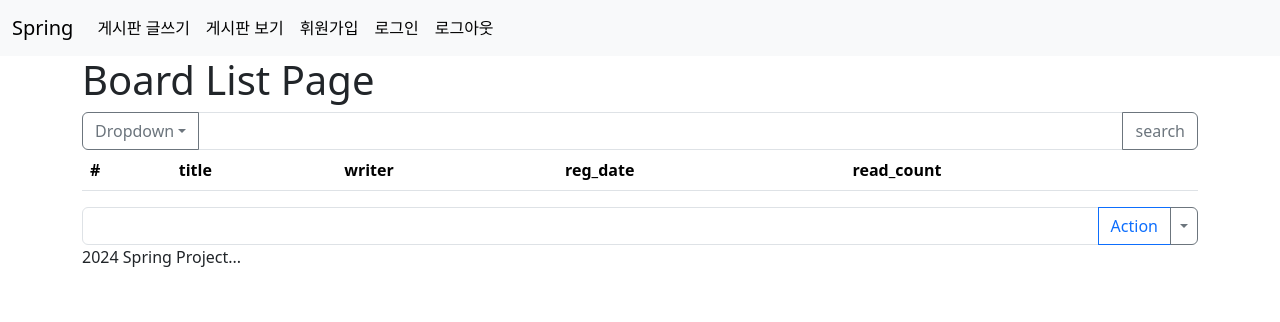
Repository: dlfhrrl12/springtest
Page: http://localhost/spring_study/WEB-INF/views/board/list.jsp
An editor plug-in stored every save of this project. The page is shown before and after the next save, followed by the edit.
The browser window is 1280 px wide. The pictures show the whole page.
The page is served by Tomcat 9. Nobody is signed in. The template is opened directly, without the code that normally fills it, so the values that code supplies are empty.

Above is the page before, as saved 2024-04-25 01:11:33.

After the next save:
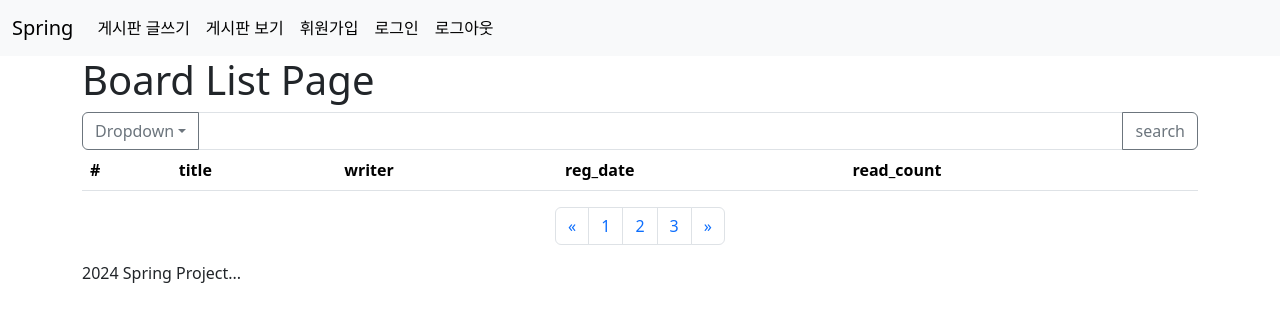
Saved 2 min 27 s later.
--- a/spring_study/src/main/webapp/WEB-INF/views/board/list.jsp
+++ b/spring_study/src/main/webapp/WEB-INF/views/board/list.jsp
@@ -44,20 +44,23 @@
 			</c:forEach>
 		</tbody>
 	</table>
-	<div class="input-group">
-	  <input type="text" class="form-control" aria-label="Text input with segmented dropdown button">
-	  <button type="button" class="btn btn-outline-primary">Action</button>
-	  <button type="button" class="btn btn-outline-secondary dropdown-toggle dropdown-toggle-split" data-bs-toggle="dropdown" aria-expanded="false">
-	    <span class="visually-hidden">Toggle Dropdown</span>
-	  </button>
-	  <ul class="dropdown-menu dropdown-menu-end">
-	    <li><a class="dropdown-item" href="#">Action</a></li>
-	    <li><a class="dropdown-item" href="#">Another action</a></li>
-	    <li><a class="dropdown-item" href="#">Something else here</a></li>
-	    <li><hr class="dropdown-divider"></li>
-	    <li><a class="dropdown-item" href="#">Separated link</a></li>
-	  </ul>
-	</div>
+	<nav aria-label="Page navigation example">
+      <ul class="pagination justify-content-center">
+        <li class="page-item">
+          <a class="page-link" href="#" aria-label="Previous">
+            <span aria-hidden="true">«</span>
+          </a>
+        </li>
+        <li class="page-item"><a class="page-link" href="#">1</a></li>
+        <li class="page-item"><a class="page-link" href="#">2</a></li>
+        <li class="page-item"><a class="page-link" href="#">3</a></li>
+        <li class="page-item">
+          <a class="page-link" href="#" aria-label="Next">
+            <span aria-hidden="true">»</span>
+          </a>
+        </li>
+      </ul>
+    </nav>
 
 </div>
 
